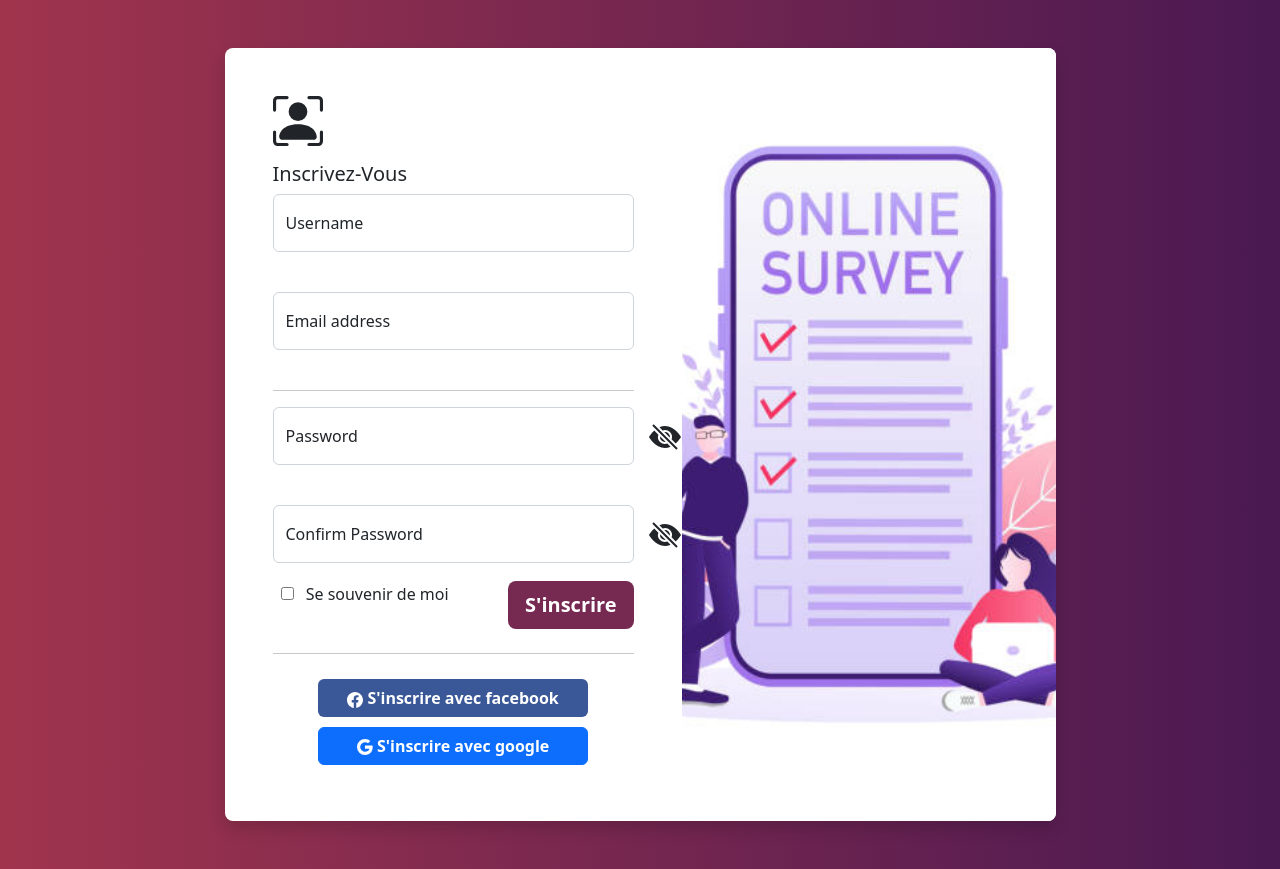
Repository: Djiamil/testsMoustaphaDER
Page: index.html
These files come from the project's save history. The page is drawn as it stood at one moment and after a run of saves; the edit follows.
The browser window is 1280 px wide. The pictures show the whole page.

Above is the page before, as saved 2022-12-09 09:49:22.

After the next 3 saves:
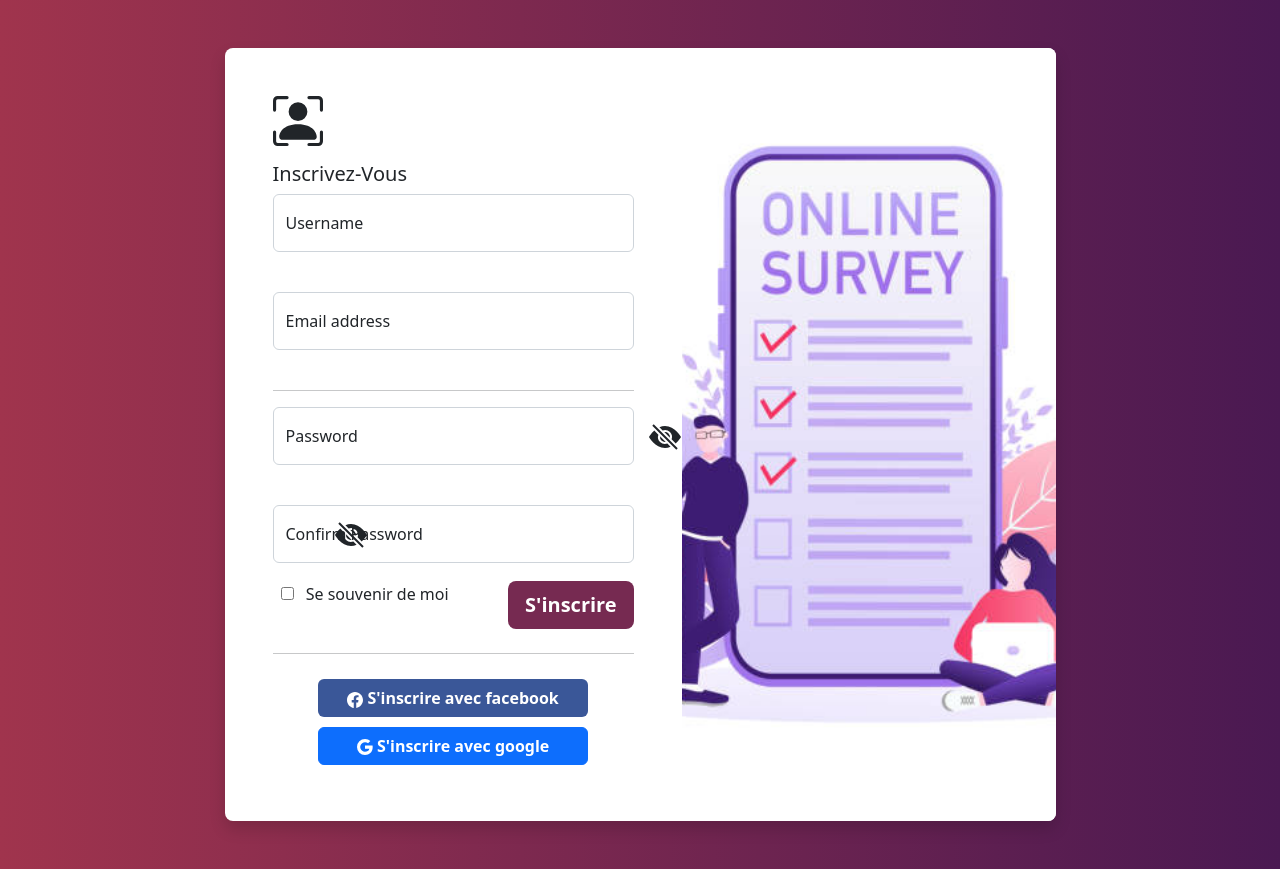
The 3 saves are shown as one change because they came seconds apart.
The last was saved 9 s later.
--- a/style.css
+++ b/style.css
@@ -77,7 +77,7 @@ button{
   float: right;
   position:absolute;
   margin-top: 4%;
-  margin-left: 23rem;
+  margin-left: 15%;
   width: 3rem;
   height: 2rem;
   /* position: absolute; */
